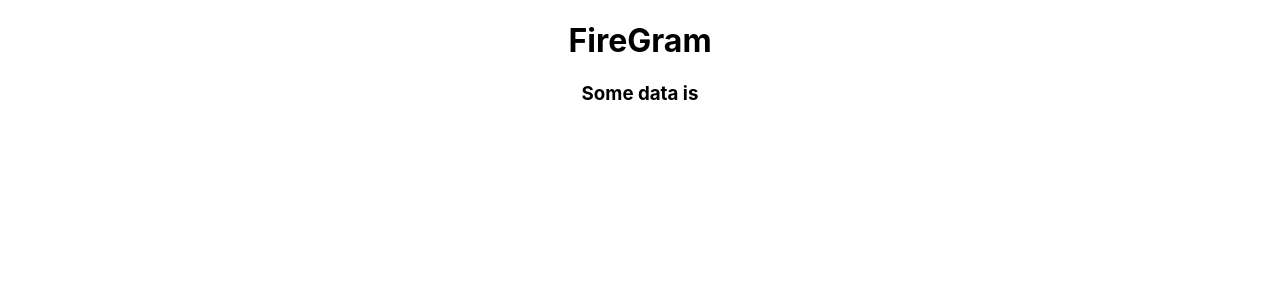
Repository: Prafullkuma/gallary
Page: /
The author's editor kept a copy of each file at every save. The page is drawn from the files as they stood at one save, then again after the next save.
The browser window is 1280 px wide. The pictures show the whole page.
The project was rebuilt for these pictures with package versions that can differ from the ones it lists, and the page was loaded fresh each time.

Above is the page before, as saved 2020-08-02 11:31:26.

After the next save:
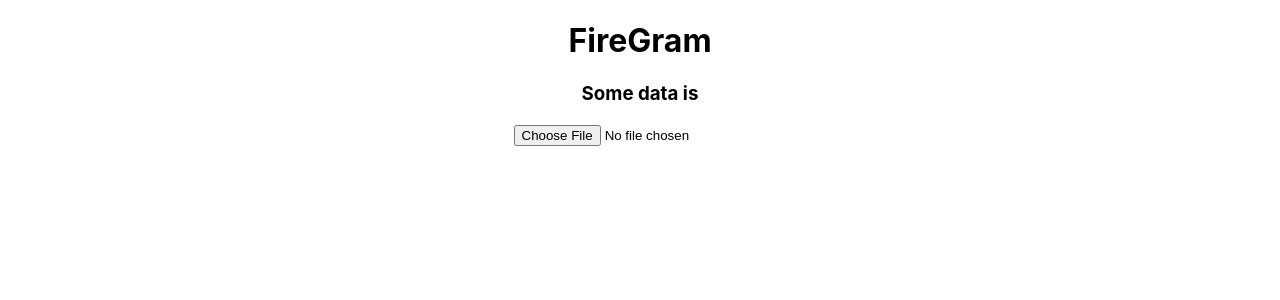
Saved 12 s later.
--- a/src/App.js
+++ b/src/App.js
@@ -1,11 +1,13 @@
 import React from 'react';
 import Title from './Component/TItle'
 import './App.css';
+import UploadFrom from './Component/UploadFrom';
 
 function App() {
   return (
     <div className="App">
       <Title />
+      <UploadFrom />
     </div>
   );
 }
